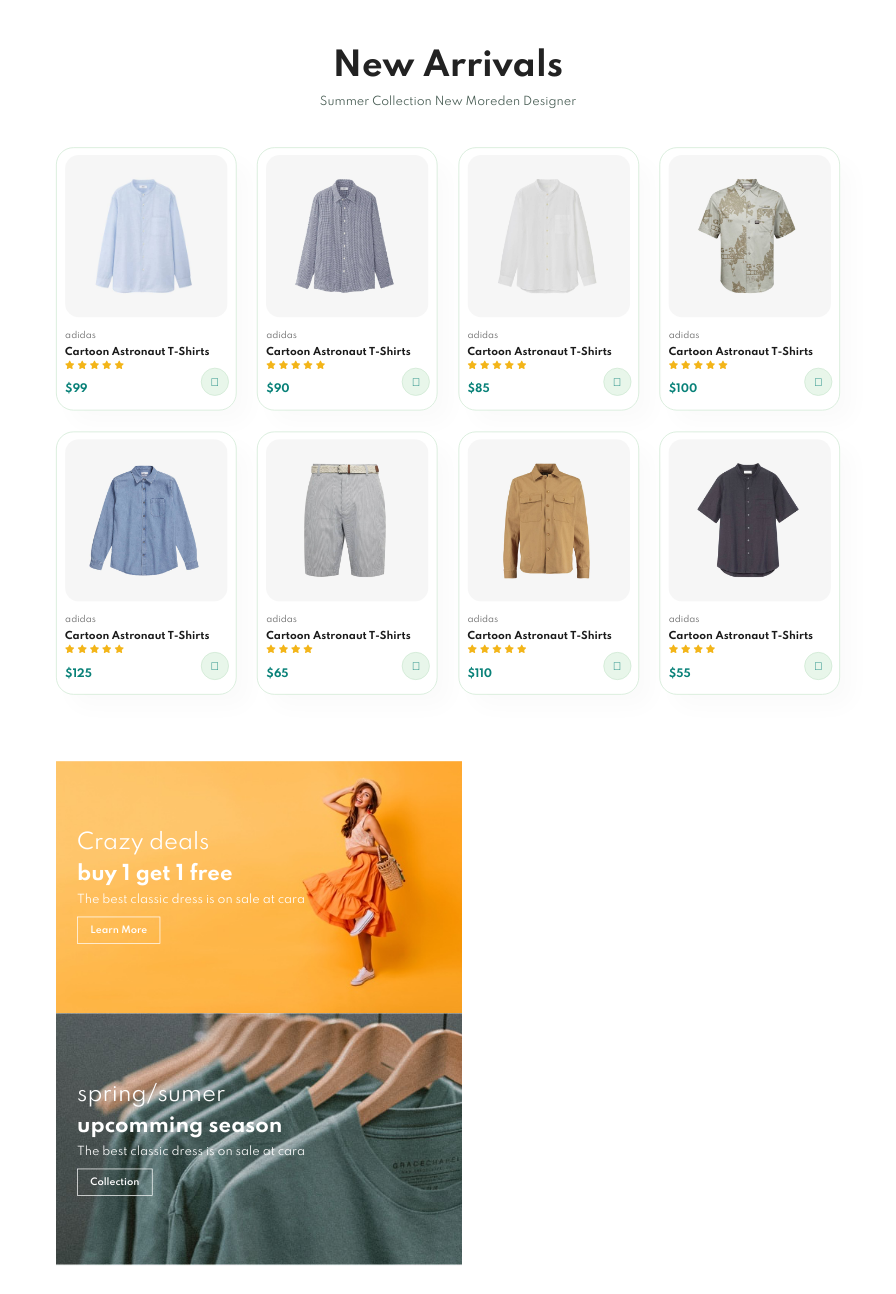
Repository: MinhNhatIT2901/Ecommerce
Page: index.html
The author's editor kept a copy of each file at every save. The page is drawn from the files as they stood at one save, then again after the next save.
The browser window is 1280 px wide. The pictures show the part of the page from y = 2398 to 4318 px (the page is 4246 px tall before and 4318 px after), at 70% of full size.
Some web libraries are served in a nearby version.

Above is the page before, as saved 2022-01-08 15:06:12.

After the next save:
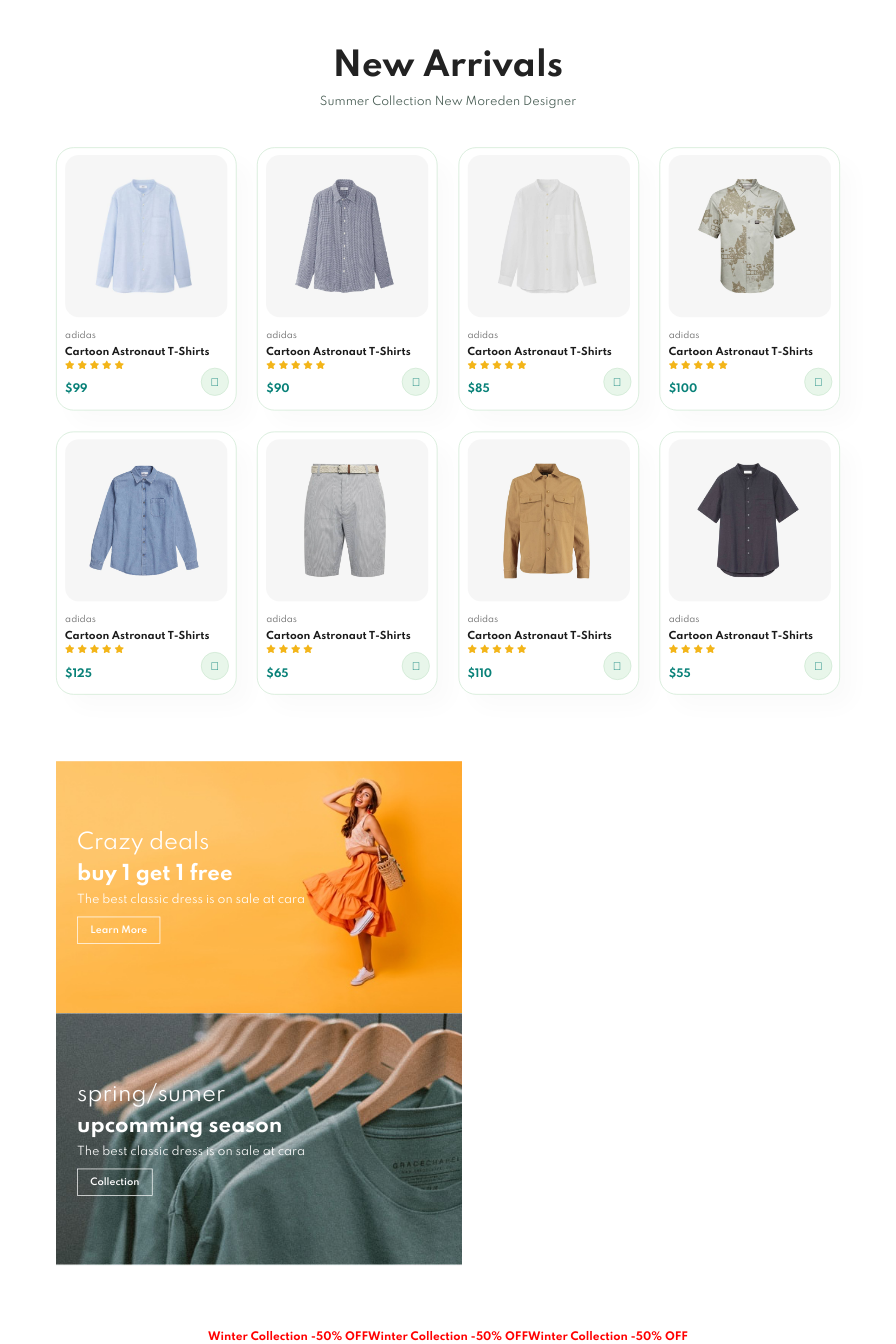
Saved 30 s later.
--- a/index.html
+++ b/index.html
@@ -347,6 +347,21 @@
             <button class="white">Collection</button>
         </div>
     </section>
+
+    <section id="banner3">
+        <div class="banner-box">
+            <h2>Season Sale</h2>
+            <h3>Winter Collection -50% OFF</h3>
+        </div>
+        <div class="banner-box banner-box2">
+            <h2>Season Sale</h2>
+            <h3>Winter Collection -50% OFF</h3>
+        </div>
+        <div class="banner-box banner-box3">
+            <h2>Season Sale</h2>
+            <h3>Winter Collection -50% OFF</h3>
+        </div>
+    </section>
     <script src="style.js"></script>
 </body>
 </html>
